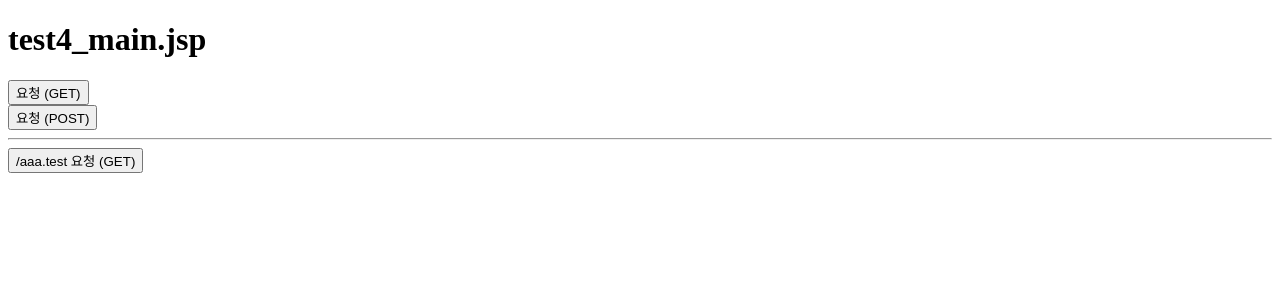
Repository: junesse-afk/ITJSP
Page: http://localhost/StudyJSP/jsp09_servlet/test4_main.jsp
The author's editor kept a copy of each file at every save. The page is drawn from the files as they stood at one save, then again after the next save.
The browser window is 1280 px wide. The pictures show the whole page.
The page is served by Tomcat 10. Other server files are loaded and not shown.

Above is the page before, as saved 2024-11-26 07:40:58.

### workspace_jsp/StudyJSP/src/main/webapp/jsp09_servlet/test4_main.jsp
<%@ page language="java" contentType="text/html; charset=UTF-8"
    pageEncoding="UTF-8"%>
<!DOCTYPE html>
<html>
<head>
<meta charset="UTF-8">
<title>Insert title here</title>
</head>
<body>

	<h1>test4_main.jsp</h1>
	<form action="asdasd.test" method="get">
		<input type="submit" value="요청 (GET)">
	</form>
	<form action="qwer.test" method="post">
		<input type="submit" value="요청 (POST)">
	</form>
	<hr>

	<form action="/aaa.test" method="get">
		<input type="submit" value="/aaa.test 요청 (GET)">
	</form>




</body>
</html>

After the next save:
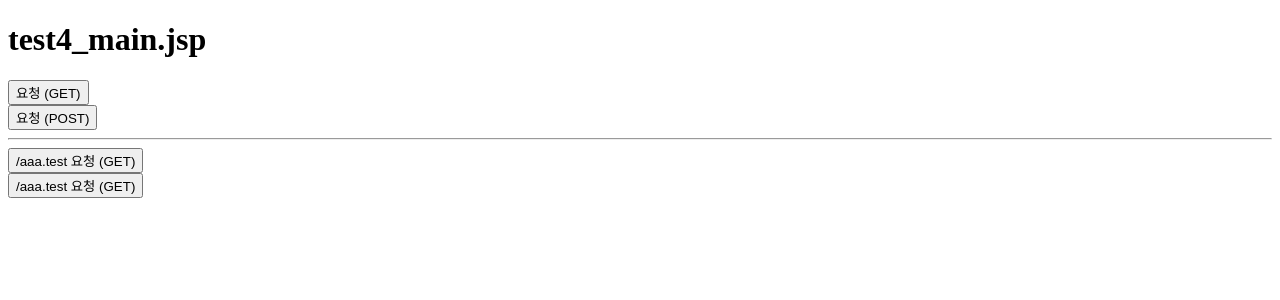
Saved 54 s later.
--- a/workspace_jsp/StudyJSP/src/main/webapp/jsp09_servlet/test4_main.jsp
+++ b/workspace_jsp/StudyJSP/src/main/webapp/jsp09_servlet/test4_main.jsp
@@ -21,7 +21,9 @@
 		<input type="submit" value="/aaa.test 요청 (GET)">
 	</form>
 
-
+	<form action="/StudyJSP/asdasd/aaa.test" method="get">
+		<input type="submit" value="/aaa.test 요청 (GET)">
+	</form>
 
 
 </body>
